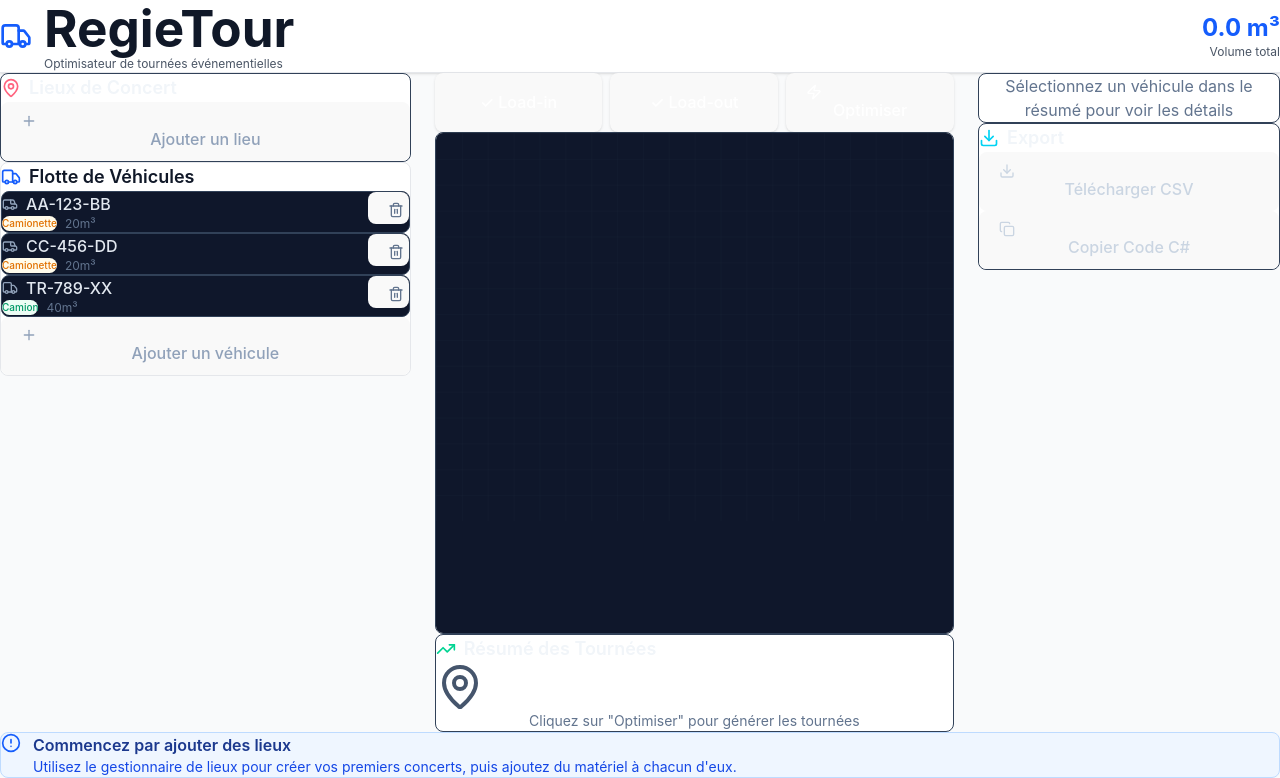
Repository: MaqlachMehdi/logipro
Page: /
An editor plug-in stored every save of this project. The page is shown before and after the next save, followed by the edit.
The browser window is 1280 px wide. The pictures show the whole page.
The project was rebuilt for these pictures with package versions that can differ from the ones it lists, and the page was loaded fresh each time. Also part of the build but not shown: vite.config.ts, src/components/ui/input.tsx, src/components/ui/label.tsx, src/components/VolumeEstimator.tsx, src/components/GearManager.tsx, src/components/ExportDatabase.tsx.

Above is the page before, as saved 2026-02-08 20:00:54.

After the next save:
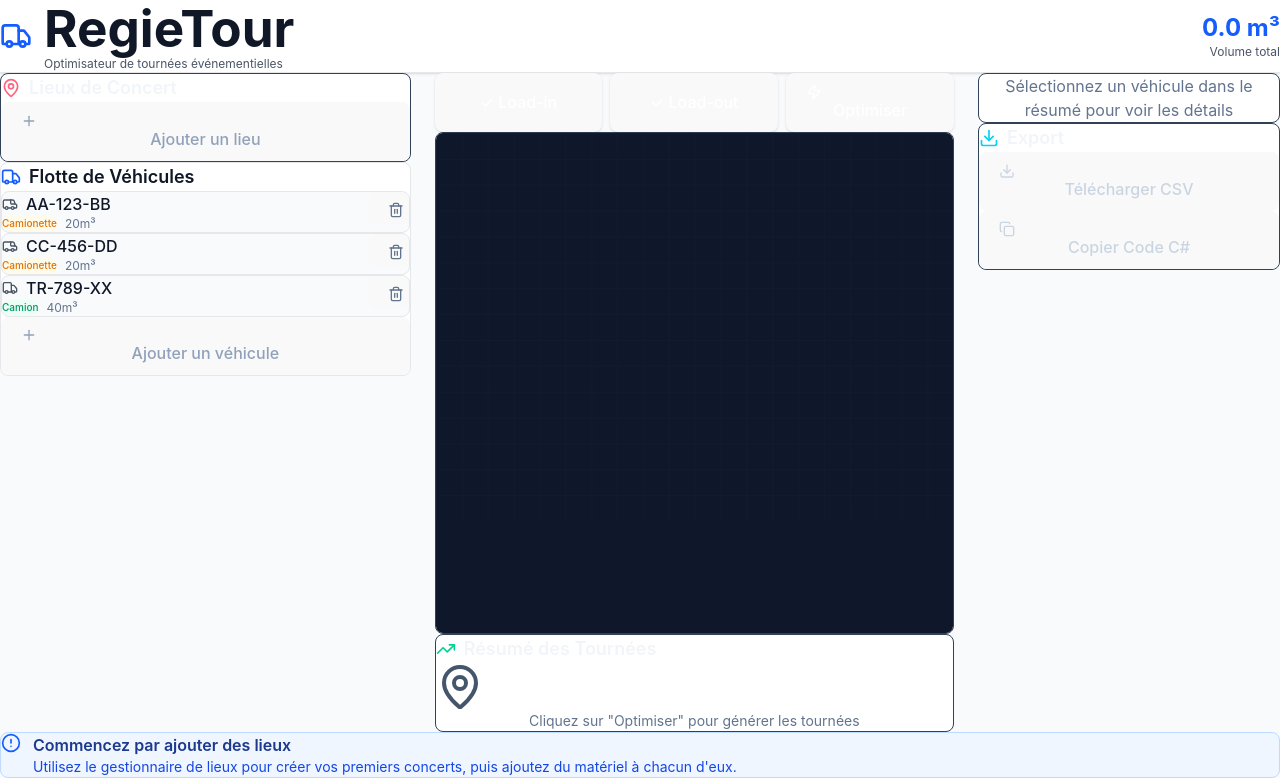
Saved 4 s later.
--- a/src/components/FleetManager.tsx
+++ b/src/components/FleetManager.tsx
@@ -92,13 +92,13 @@ export function FleetManager({ vehicles, onChange }: FleetManagerProps) {
             return (
               <div
                 key={vehicle.id}
-                className="p-3 rounded-lg border bg-slate-900 border-slate-700 hover:border-slate-600 transition-all"
+                className="p-3 rounded-lg border bg-gray-50 border-gray-200 hover:border-gray-300 transition-all"
               >
                 <div className="flex items-start justify-between">
                   <div className="flex-1 min-w-0">
                     <div className="flex items-center gap-2 mb-1">
-                      <TypeIcon className="w-4 h-4 text-slate-400" />
-                      <h4 className="font-medium text-slate-200">{vehicle.name}</h4>
+                      <TypeIcon className="w-4 h-4 text-gray-600" />
+                      <h4 className="font-medium text-gray-900">{vehicle.name}</h4>
                     </div>
                     <div className="flex items-center gap-2">
                       <span className={`text-[10px] px-2 py-0.5 rounded-full font-medium ${getTypeColor(vehicle.type)}`}>
